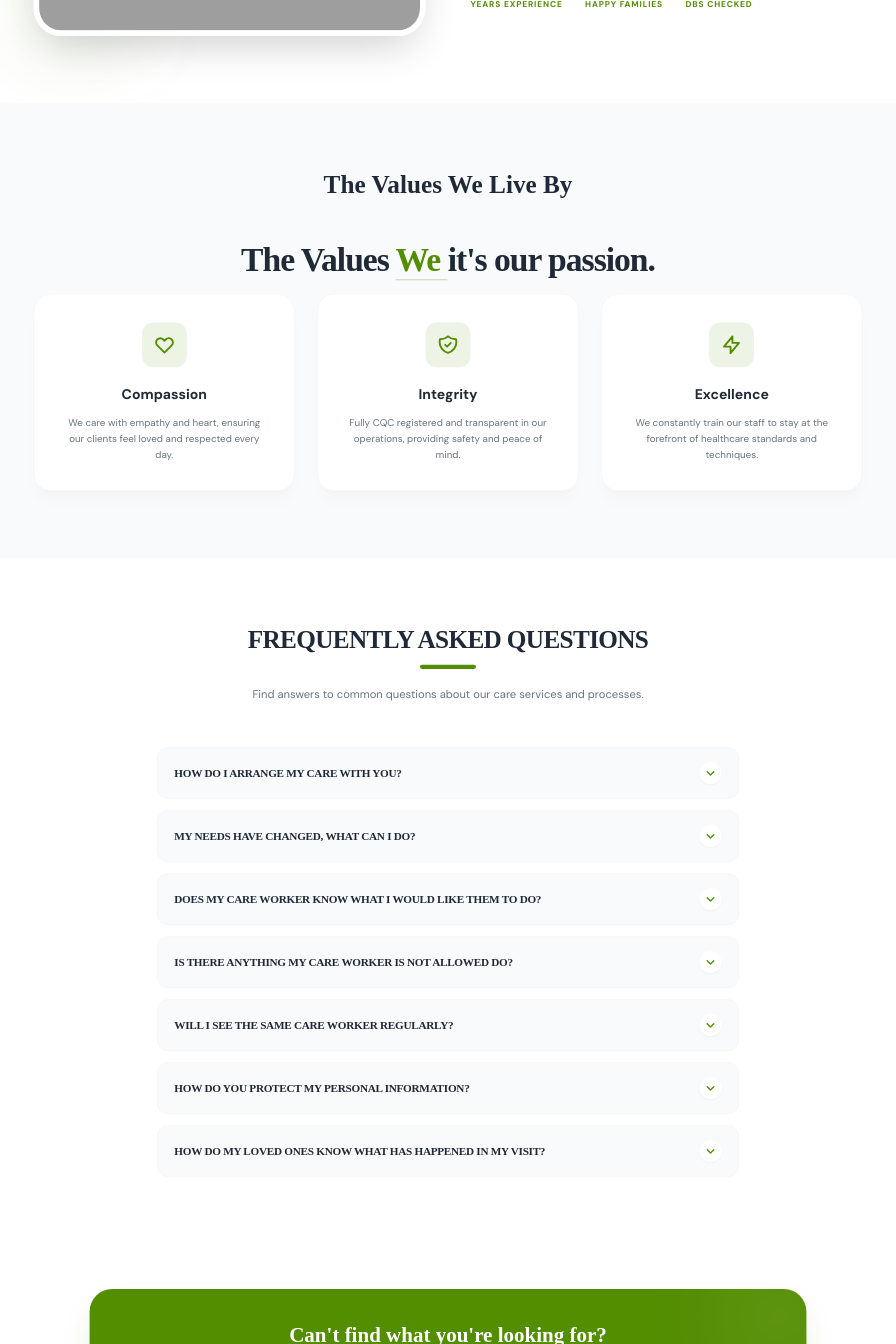
Repository: Iqbalhossen07/care
Page: http://localhost/about.php
These files come from the project's save history. The page is drawn as it stood at one moment and after a run of saves; the edit follows.
The browser window is 1280 px wide. The pictures show the part of the page from y = 891 to 2811 px (the page is 3501 px tall before and 3397 px after), at 70% of full size.
Pictures or frames that could not be fetched are drawn as grey boxes. Some web fonts or font styles are not loaded; a fallback is used. Some web libraries are served in a nearby version. The page is run by PHP 8.4 with error messages shown; the project is at /var/www/html/.

Above is the page before, as saved 2026-02-28 08:03:35.

### about.php
<?php include('head.php') ?>

<body class="font-body text-gray-600 antialiased bg-white">
    <?php include('header.php') ?>

    <section class="relative h-[250px] flex items-center overflow-hidden bg-darkText">
        <div class="absolute inset-0 z-0">
            <img src="https://images.unsplash.com/photo-1516706562779-ad3fd557341b?auto=format&fit=crop&w=1500&q=80"
                class="w-full h-full object-cover opacity-30" alt="About Careline">
            <div class="absolute inset-0 bg-gradient-to-r from-darkText via-darkText/90 to-transparent"></div>
        </div>

        <div class="max-w-7xl mx-auto px-6 lg:px-12 relative z-10 w-full">
            <nav class="flex mb-4 text-sm font-medium">
                <ol class="inline-flex items-center space-x-2">
                    <li><a href="index.php" class="text-gray-400 hover:text-brand transition-colors">Home</a></li>
                    <li class="text-gray-600">/</li>
                    <li class="text-brand font-bold uppercase tracking-widest text-[11px] md:text-sm">About Us</li>
                </ol>
            </nav>
            <h1 class="font-heading text-4xl md:text-5xl font-bold text-white mb-2 tracking-tight">Our Mission & Heart
            </h1>
            <p class="text-gray-300 text-lg max-w-2xl">Dedicated to providing compassionate care in the comfort of your
                home.</p>
        </div>
    </section>

    <section class="py-24 bg-white overflow-hidden">
        <div class="max-w-7xl mx-auto px-6 lg:px-12">
            <div class="grid lg:grid-cols-2 gap-16 items-center">
                <div class="relative group">
                    <div
                        class="relative rounded-[2.5rem] overflow-hidden border-8 border-white shadow-[0_25px_60px_-15px_rgba(0,0,0,0.2)] z-10">
                        <img src="https://images.unsplash.com/photo-1576765608535-5f04d1e3f289?auto=format&fit=crop&w=1000&q=80"
                            alt="Caregiving"
                            class="w-full h-[500px] object-cover transition-transform duration-700 group-hover:scale-105">
                    </div>
                    <div class="absolute -bottom-6 -left-6 w-40 h-40 bg-brand/10 rounded-full blur-3xl -z-0"></div>
                </div>

                <div class="space-y-8">
                    <div>

                        <h1
                            class="font-heading text-2xl  md:text-5xl  font-bold text-darkText mb-4 md:mb-6 tracking-[-0.03em]">
                            Caring is not
                            <span class="text-brand relative ">just our job,
                                <svg class="absolute -bottom-1.5 left-0 w-full h-1.5 md:h-2 text-brand/30"
                                    viewBox="0 0 100 10" preserveAspectRatio="none">
                                    <path d="M0 5 L100 5" stroke="currentColor" stroke-width="2"
                                        stroke-linecap="round" />
                                </svg>
                            </span>
                            it's our passion.
                        </h1>
                        <p class="text-lg leading-relaxed text-gray-600 mb-6">
                            Community Careline was founded with a simple yet powerful vision: to treat every client like
                            our own family. We believe that everyone deserves to age with dignity, surrounded by love
                            and professional support.
                        </p>
                        <p class="text-lg leading-relaxed text-gray-600">
                            Based in Kent, we have grown into a trusted home care provider, known for our rigorous staff
                            selection and personalized care plans that meet the unique needs of every individual.
                        </p>
                    </div>
                    <div class="flex flex-wrap gap-8">
                        <div>
                            <p class="text-4xl font-bold text-darkText">10+</p>
                            <p class="text-xs font-bold text-brand uppercase tracking-widest mt-1">Years Experience</p>
                        </div>
                        <div>
                            <p class="text-4xl font-bold text-darkText">500+</p>
                            <p class="text-xs font-bold text-brand uppercase tracking-widest mt-1">Happy Families</p>
                        </div>
                        <div>
                            <p class="text-4xl font-bold text-darkText">100%</p>
                            <p class="text-xs font-bold text-brand uppercase tracking-widest mt-1">DBS Checked</p>
                        </div>
                    </div>
                </div>
            </div>
        </div>
    </section>

    <section class="py-24 bg-lightBg">
        <div class="max-w-7xl mx-auto px-6 lg:px-12 text-center">
            <h2 class="font-heading text-3xl md:text-4xl font-bold text-darkText mb-16">The Values We Live By</h2>
            <h1 class="font-heading text-2xl  md:text-5xl  font-bold text-darkText mb-4 md:mb-6 tracking-[-0.03em]">
                The Values
                <span class="text-brand relative ">We
                    <svg class="absolute -bottom-1.5 left-0 w-full h-1.5 md:h-2 text-brand/30" viewBox="0 0 100 10"
                        preserveAspectRatio="none">
                        <path d="M0 5 L100 5" stroke="currentColor" stroke-width="2" stroke-linecap="round" />
                    </svg>
                </span>
                it's our passion.
            </h1>

            <div class="grid md:grid-cols-3 gap-8">
                <div
                    class="bg-white p-10 rounded-3xl border border-gray-100 shadow-xl shadow-black/[0.02] hover:-translate-y-2 transition-all duration-300">
                    <div
                        class="w-16 h-16 bg-brand/10 rounded-2xl flex items-center justify-center text-brand mx-auto mb-6">
                        <svg class="w-8 h-8" fill="none" stroke="currentColor" viewBox="0 0 24 24">
                            <path stroke-linecap="round" stroke-linejoin="round" stroke-width="2"
                                d="M4.318 6.318a4.5 4.5 0 000 6.364L12 20.364l7.682-7.682a4.5 4.5 0 00-6.364-6.364L12 7.636l-1.318-1.318a4.5 4.5 0 00-6.364 0z">
                            </path>
                        </svg>
                    </div>
                    <h4 class="font-bold text-xl text-darkText mb-4">Compassion</h4>
                    <p class="text-sm leading-relaxed text-gray-500">We care with empathy and heart, ensuring our
                        clients feel loved and respected every day.</p>
                </div>

                <div
                    class="bg-white p-10 rounded-3xl border border-gray-100 shadow-xl shadow-black/[0.02] hover:-translate-y-2 transition-all duration-300">
                    <div
                        class="w-16 h-16 bg-brand/10 rounded-2xl flex items-center justify-center text-brand mx-auto mb-6">
                        <svg class="w-8 h-8" fill="none" stroke="currentColor" viewBox="0 0 24 24">
                            <path stroke-linecap="round" stroke-linejoin="round" stroke-width="2"
                                d="M9 12l2 2 4-4m5.618-4.016A11.955 11.955 0 0112 2.944a11.955 11.955 0 01-8.618 3.04A12.02 12.02 0 003 9c0 5.591 3.824 10.29 9 11.622 5.176-1.332 9-6.03 9-11.622 0-1.042-.133-2.052-.382-3.016z">
                            </path>
                        </svg>
                    </div>
                    <h4 class="font-bold text-xl text-darkText mb-4">Integrity</h4>
                    <p class="text-sm leading-relaxed text-gray-500">Fully CQC registered and transparent in our
                        operations, providing safety and peace of mind.</p>
                </div>

                <div
                    class="bg-white p-10 rounded-3xl border border-gray-100 shadow-xl shadow-black/[0.02] hover:-translate-y-2 transition-all duration-300">
                    <div
                        class="w-16 h-16 bg-brand/10 rounded-2xl flex items-center justify-center text-brand mx-auto mb-6">
                        <svg class="w-8 h-8" fill="none" stroke="currentColor" viewBox="0 0 24 24">
                            <path stroke-linecap="round" stroke-linejoin="round" stroke-width="2"
                                d="M13 10V3L4 14h7v7l9-11h-7z"></path>
                        </svg>
                    </div>
                    <h4 class="font-bold text-xl text-darkText mb-4">Excellence</h4>
                    <p class="text-sm leading-relaxed text-gray-500">We constantly train our staff to stay at the
                        forefront of healthcare standards and techniques.</p>
                </div>
            </div>
        </div>
    </section>

    <section class="py-24 bg-white">
        <div class="max-w-4xl mx-auto px-6 lg:px-8">
            <div class="text-center mb-16">
                <h2 class="font-heading text-3xl md:text-4xl font-bold text-darkText mb-4 uppercase tracking-tight">
                    Frequently Asked Questions</h2>
                <div class="w-20 h-1.5 bg-brand rounded-full mx-auto"></div>
                <p class="mt-6 text-gray-500">Find answers to common questions about our care services and processes.
                </p>
            </div>

            <div class="space-y-4">

                <?php
                $faqs = [
                    [
                        "q" => "HOW DO I ARRANGE MY CARE WITH YOU?",
                        "a" => "Deciding that you need support is an incredibly big step for you and your loved ones. You can ring us directly on <span class='text-brand font-bold'>01634 853187</span> where we can have a chat about what you would like from us, email us at <span class='text-brand font-bold'>info@communitycareline.uk</span> or complete the enquiry form in the “Contact Us” section on this web site and we will get back to you as soon as we can and answer all of your questions."
                    ],
                    [
                        "q" => "MY NEEDS HAVE CHANGED, WHAT CAN I DO?",
                        "a" => "Your care plan is completely about you, your needs, goals you may have and we understand your needs may change. Regular reviews are completed with you, but you can tell us at any time if you feel that your care package needs updating. A member of the team will come and visit you and put together your new plan."
                    ],
                    [
                        "q" => "DOES MY CARE WORKER KNOW WHAT I WOULD LIKE THEM TO DO?",
                        "a" => "Community Careline Services (Medway) Ltd ensure that your care package focuses on your individual needs and preferences. Care Workers will have access to the care plan that you have agreed to via the app they use. Their training tells them that they must adhere to your planned care and if there are changes that are needed they will inform the Senior Care Workers."
                    ],
                    [
                        "q" => "IS THERE ANYTHING MY CARE WORKER IS NOT ALLOWED DO?",
                        "a" => "Care Workers cannot and will not make decisions for you or tell you what you need or what needs to be done. Everything that you have agreed in your plan of care is what they will help you with. During your initial assessment you will be advised if there is something that cannot be done by one of our Care Workers and alternatives can be offered."
                    ],
                    [
                        "q" => "WILL I SEE THE SAME CARE WORKER REGULARLY?",
                        "a" => "Building trusted relationships are a vital part to delivering you the care that will make a difference to you. We will do our very best to deliver continuity in your care which means having a regular set of Care Workers."
                    ],
                    [
                        "q" => "HOW DO YOU PROTECT MY PERSONAL INFORMATION?",
                        "a" => "Community Careline Services (Medway) Ltd adheres to GDPR regulations and the NHS Data Protection Toolkit, your personal information is kept securely and only those who need this information will have access to it. All our systems meet GDPR requirements when it comes to security."
                    ],
                    [
                        "q" => "HOW DO MY LOVED ONES KNOW WHAT HAS HAPPENED IN MY VISIT?",
                        "a" => "Technology plays a large part in what we do. The system we use has a <span class='font-bold text-darkText'>Friends and Family Portal</span> designed to let your loved ones see when your care visit has taken place, what the Care Worker did and any important information. You can be invited to log into this platform by providing your email address with consent from the client themselves."
                    ]
                ];

                foreach ($faqs as $index => $faq):
                ?>
                <div
                    class="faq-item border border-gray-100 rounded-2xl bg-lightBg overflow-hidden transition-all duration-300">
                    <button class="faq-btn w-full px-6 py-5 flex items-center justify-between text-left group">
                        <span
                            class="font-heading font-bold text-darkText text-sm md:text-base pr-4 group-hover:text-brand transition-colors uppercase tracking-tight">
                            <?php echo $faq['q']; ?>
                        </span>
                        <span
                            class="faq-icon w-8 h-8 rounded-full bg-white flex items-center justify-center text-brand shadow-sm transition-transform duration-300">
                            <svg class="w-4 h-4" fill="none" stroke="currentColor" viewBox="0 0 24 24">
                                <path stroke-linecap="round" stroke-linejoin="round" stroke-width="3"
                                    d="M19 9l-7 7-7-7"></path>
                            </svg>
                        </span>
                    </button>
                    <div class="faq-answer max-h-0 overflow-hidden transition-all duration-300 ease-in-out bg-white">
                        <div
                            class="px-6 py-5 text-gray-500 text-sm md:text-base leading-relaxed border-t border-gray-50">
                            <?php echo $faq['a']; ?>
                        </div>
                    </div>
                </div>
                <?php endforeach; ?>

            </div>
        </div>
    </section>



    <?php include('cta.php') ?>

    <?php include('footer.php') ?>

    <script src="main.js"></script>
</body>

</html>

### head.php
<!DOCTYPE html>
<html lang="en" class="scroll-smooth">

<head>
    <meta charset="UTF-8">
    <meta name="viewport" content="width=device-width, initial-scale=1.0">
    <title>Community Careline Services (Medway) Ltd</title>
    <link
        href="https://fonts.googleapis.com/css2?family=DM+Sans:wght@400;500;700&family=PT+Serif:ital,wght@0,400;0,700;1,400&display=swap"
        rel="stylesheet">
    <link rel="shortcut icon" href="img/favicon.PNG" type="image/x-icon">
    <script src="https://cdn.tailwindcss.com"></script>
    <script>
    tailwind.config = {
        theme: {
            extend: {
                colors: {
                    brand: '#538d00',
                    brandDark: '#7ab81f',
                    darkText: '#1f2937',
                    lightBg: '#f9fafb'
                },
                fontFamily: {
                    heading: ['"PT Serif"', 'serif'],
                    body: ['"DM Sans"', 'sans-serif'],
                }
            }
        }
    }
    </script>

    <link rel="stylesheet" href="style.css?v=<?= time(); ?>">
</head>

### cta.php
 <section class="py-16 bg-white px-6">
     <div
         class="max-w-5xl mx-auto bg-brand p-8 md:p-12 rounded-[2rem] shadow-2xl shadow-brand/20 relative overflow-hidden">

         <div class="absolute -top-10 -right-10 w-40 h-40 bg-white/10 rounded-full blur-3xl"></div>

         <div class="max-w-2xl mx-auto text-center relative z-10">
             <h2 class="font-heading text-2xl md:text-3xl font-bold text-white mb-4">
                 Can't find what you're looking for?
             </h2>
             <p class="text-white/80 text-base md:text-lg mb-8">
                 Our team can craft a bespoke care plan just for you. Get in touch today.
             </p>

             <div class="flex flex-row justify-center gap-3 md:gap-4">
                 <a href="tel:0800123456"
                     class="flex-1 sm:flex-none bg-white text-darkText px-4 sm:px-8 py-3 rounded-md font-bold text-xs sm:text-base hover:bg-gray-50 transition-all shadow-[0_10px_25px_-5px_rgba(0,0,0,0.2)] hover:shadow-[0_15px_30px_-5px_rgba(0,0,0,0.3)] transform hover:-translate-y-1 duration-300 flex items-center justify-center gap-2">
                     <svg class="w-3 h-3 sm:w-4 sm:h-4 text-brand" fill="currentColor" viewBox="0 0 20 20">
                         <path
                             d="M2 3a1 1 0 011-1h2.153a1 1 0 01.986.836l.74 4.435a1 1 0 01-.54 1.06l-1.548.773a11.037 11.037 0 005.454 5.454l.774-1.548a1 1 0 011.06-.54l4.435.74a1 1 0 01.836.986V17a1 1 0 01-1 1h-2C7.82 18 2 12.18 2 5V3z">
                         </path>
                     </svg>
                     <span class="whitespace-nowrap">01634 853 187</span>
                 </a>

                 <a href="contact.php"
                     class="flex-1 sm:flex-none border-2 border-white text-white px-4 sm:px-8 py-3 rounded-md font-bold text-xs sm:text-base hover:bg-white hover:text-brand transition-all shadow-[0_10px_25px_-5px_rgba(0,0,0,0.1)] hover:shadow-[0_15px_30px_-5px_rgba(0,0,0,0.2)] transform hover:-translate-y-1 duration-300 flex items-center justify-center">
                     <span class="whitespace-nowrap">Book Assessment</span>
                 </a>
             </div>
         </div>
     </div>
 </section>

### style.css
@keyframes scroll-left {
  0% {
    transform: translateX(0);
  }

  100% {
    transform: translateX(-50%);
  }
}

.animate-marquee {
  display: flex;
  width: max-content;
  animation: scroll-left 60s linear infinite;
}

.animate-marquee:hover {
  animation-play-state: paused;
  /* Pause on hover so users can read */
}

.description {
  display: -webkit-box;
  -webkit-line-clamp: 2; /* কয় লাইন দেখাবে */
  -webkit-box-orient: vertical;
  overflow: hidden; /* এটি না থাকলে বাকি লেখাগুলো নিচে দেখা যাবে */
}

Loaded but not shown: main.js (163 lines, source omitted); header.php (73 lines, source omitted); footer.php (71 lines, source omitted)

After the next 2 saves:
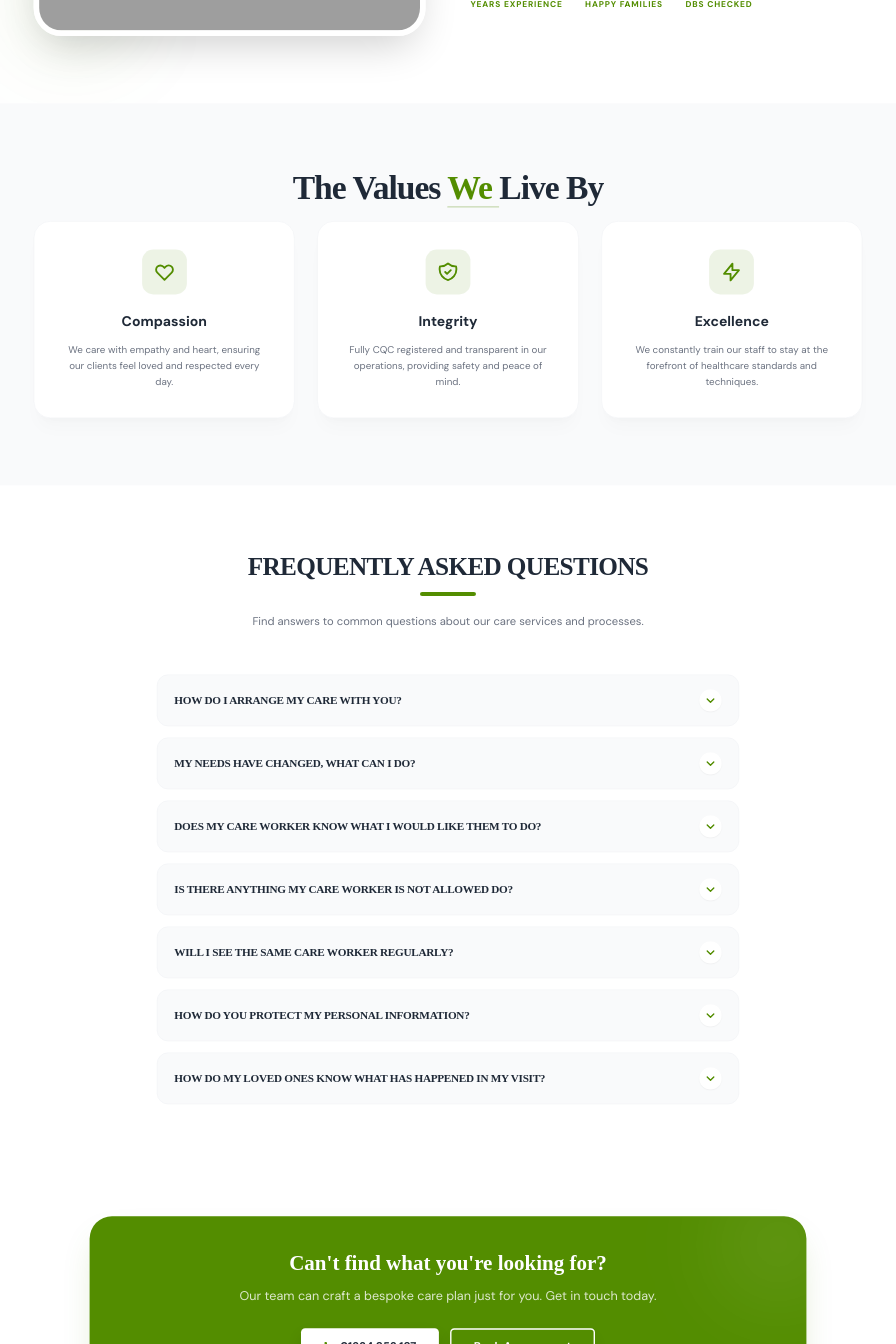
The 2 saves are shown as one change because they came seconds apart.
The last was saved 8 s later.
--- a/about.php
+++ b/about.php
@@ -84,7 +84,6 @@
 
     <section class="py-24 bg-lightBg">
         <div class="max-w-7xl mx-auto px-6 lg:px-12 text-center">
-            <h2 class="font-heading text-3xl md:text-4xl font-bold text-darkText mb-16">The Values We Live By</h2>
             <h1 class="font-heading text-2xl  md:text-5xl  font-bold text-darkText mb-4 md:mb-6 tracking-[-0.03em]">
                 The Values
                 <span class="text-brand relative ">We
@@ -93,7 +92,7 @@
                         <path d="M0 5 L100 5" stroke="currentColor" stroke-width="2" stroke-linecap="round" />
                     </svg>
                 </span>
-                it's our passion.
+                Live By
             </h1>
 
             <div class="grid md:grid-cols-3 gap-8">
